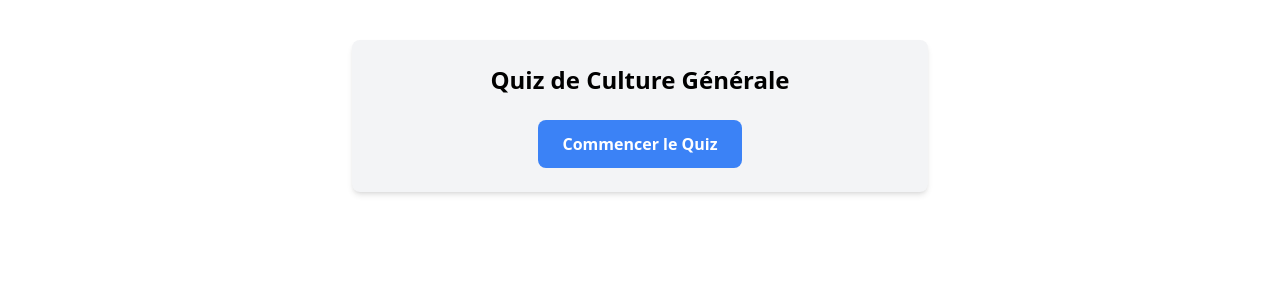
Repository: snaike71/quizvue
Page: /
These files come from the project's save history. The page is drawn as it stood at one moment and after the next save; the edit follows.
The browser window is 1280 px wide. The pictures show the whole page.
The project was rebuilt for these pictures with package versions that can differ from the ones it lists, and the page was loaded fresh each time. Also part of the build but not shown: vite.config.ts, src/components/QuizQuestion.vue.

Above is the page before, as saved 2024-10-31 10:46:06.

After the next save:
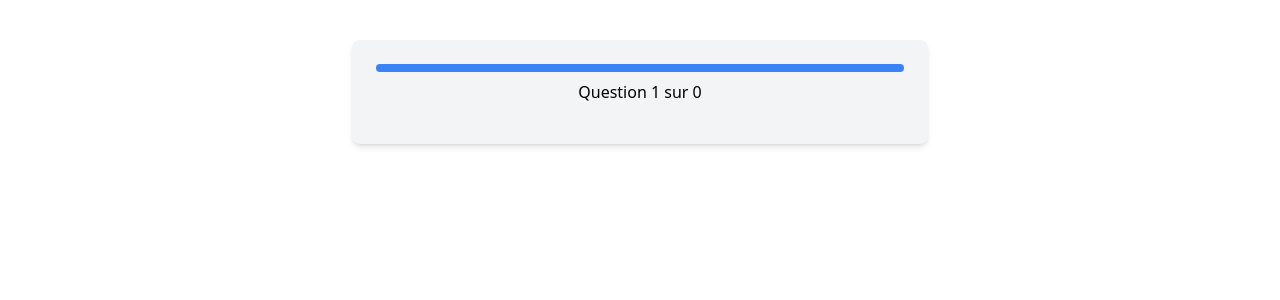
Saved 2 min 56 s later.
--- a/src/components/QuizApp.vue
+++ b/src/components/QuizApp.vue
@@ -1,90 +1,51 @@
 <template>
   <div class="quiz-container max-w-xl mx-auto bg-gray-100 p-6 rounded-lg shadow-md mt-10">
-    <!-- Écran d'accueil avec le bouton de démarrage -->
-    <div v-if="!quizStore.quizStarted && !quizStore.quizEnded" class="text-center">
-      <h1 class="text-2xl font-bold mb-6">Quiz de Culture Générale</h1>
-      <button @click="startQuiz" class="px-6 py-3 bg-blue-500 text-white font-semibold rounded-lg hover:bg-blue-600">
-        Commencer le Quiz
-      </button>
-    </div>
+    <!-- Barre de progression -->
+    <QuizProgress :currentIndex="quizStore.currentQuestionIndex" :totalQuestions="quizStore.selectedQuestions.length" />
 
-    <!-- Section des questions et de la progression une fois le quiz démarré -->
-    <div v-else-if="quizStore.quizStarted && !quizStore.quizEnded">
-      <QuizProgress :progress="quizStore.progressPercentage" />
-      <QuizQuestion
-        :question="currentQuestion"
-        @answer="handleAnswer"
-        :timer="timer"
-      />
-    </div>
+    <!-- Feedback utilisateur -->
+    <p v-if="feedbackMessage"
+       :class="{'text-green-500': isCorrect, 'text-red-500': !isCorrect}"
+       class="text-center text-lg font-semibold mt-4 animate-fade">
+      {{ feedbackMessage }}
+    </p>
 
-    <!-- Section des résultats à la fin du quiz -->
-    <div v-if="quizStore.quizEnded" class="text-center">
-      <h2 class="text-xl font-bold">Votre score final : {{ quizStore.score }}/10</h2>
-      <button @click="startQuiz" class="mt-6 px-4 py-2 bg-blue-500 text-white rounded hover:bg-blue-600">Rejouer</button>
-    </div>
+    <!-- Contenu du quiz ici... -->
   </div>
 </template>
 
 <script lang="ts">
-import { defineComponent, ref, computed, onUnmounted } from 'vue';
+import { defineComponent, ref, computed } from 'vue';
 import { useQuizStore } from '@/store/quizStore';
 import QuizProgress from './QuizProgress.vue';
-import QuizQuestion from './QuizQuestion.vue';
 
 export default defineComponent({
-  components: { QuizProgress, QuizQuestion },
+  components: { QuizProgress },
   setup() {
     const quizStore = useQuizStore();
-    const timer = ref(10);
-    let timerInterval: ReturnType<typeof setInterval> | null = null;
+    const feedbackMessage = ref('');
+    const isCorrect = ref(false);
 
-    // Fonction pour démarrer le quiz
-    const startQuiz = async () => {
-      await quizStore.loadQuestions();
-      quizStore.startQuiz();
-      startTimer();
+    const handleAnswer = (selectedAnswer: string | null) => {
+      const isAnswerCorrect = selectedAnswer === quizStore.currentQuestion.answer;
+      feedbackMessage.value = isAnswerCorrect ? "Bonne réponse !" : "Mauvaise réponse !";
+      isCorrect.value = isAnswerCorrect;
+
+      if (isAnswerCorrect) quizStore.incrementScore();
+      quizStore.nextQuestion();
     };
 
-    // Fonction pour démarrer et réinitialiser le minuteur
-    const startTimer = () => {
-      clearInterval(timerInterval as ReturnType<typeof setInterval>);
-      timer.value = 10;
-      timerInterval = setInterval(() => {
-        if (timer.value > 0) {
-          timer.value -= 1;
-        } else {
-          handleAnswer(null); // Passe à la question suivante si le temps est écoulé
-        }
-      }, 1000);
-    };
-
-    // Fonction pour gérer la réponse d'une question
-    const handleAnswer = (selectedAnswer: string | null) => {
-      const currentQuestion = quizStore.selectedQuestions[quizStore.currentQuestionIndex];
-      if (selectedAnswer === currentQuestion.answer) {
-        quizStore.incrementScore();
-      }
-      quizStore.nextQuestion();
-      if (!quizStore.quizEnded) {
-        startTimer(); // Redémarre le minuteur pour la prochaine question
-      } else {
-        clearInterval(timerInterval as ReturnType<typeof setInterval>);
-      }
-    };
-
-    // Arrêter le minuteur lorsqu'on quitte le composant
-    onUnmounted(() => {
-      clearInterval(timerInterval as ReturnType<typeof setInterval>);
-    });
-
-    return {
-      quizStore,
-      startQuiz,
-      handleAnswer,
-      currentQuestion: computed(() => quizStore.selectedQuestions[quizStore.currentQuestionIndex]),
-      timer
-    };
+    return { quizStore, feedbackMessage, isCorrect, handleAnswer };
   }
 });
 </script>
+
+<style>
+@keyframes fade {
+  from { opacity: 1; }
+  to { opacity: 0; }
+}
+.animate-fade {
+  animation: fade 2s forwards;
+}
+</style>
--- a/src/components/QuizProgress.vue
+++ b/src/components/QuizProgress.vue
@@ -1,27 +1,27 @@
 <template>
   <div class="mb-4">
     <div class="w-full bg-gray-200 rounded-full h-2 mb-2">
-      <div class="bg-blue-500 h-2 rounded-full" :style="{ width: progress + '%' }"></div>
+      <div
+        class="bg-blue-500 h-2 rounded-full transition-all duration-500"
+        :style="{ width: progress + '%' }">
+      </div>
     </div>
-    <p>Question {{ quizStore.currentQuestionIndex + 1 }} sur {{ quizStore.selectedQuestions.length }}</p>
+    <p class="text-center">Question {{ currentIndex + 1 }} sur {{ totalQuestions }}</p>
   </div>
 </template>
 
 <script lang="ts">
 import { defineComponent } from 'vue';
-import { useQuizStore } from '@/store/quizStore';
 
 export default defineComponent({
   props: {
-    progress: {
-      type: Number,
-      required: true
+    currentIndex: { type: Number, required: true },
+    totalQuestions: { type: Number, required: true },
+  },
+  computed: {
+    progress() {
+      return ((this.currentIndex + 1) / this.totalQuestions) * 100;
     }
-  },
-  setup() {
-    const quizStore = useQuizStore();
-
-    return { quizStore };
   }
 });
 </script>
